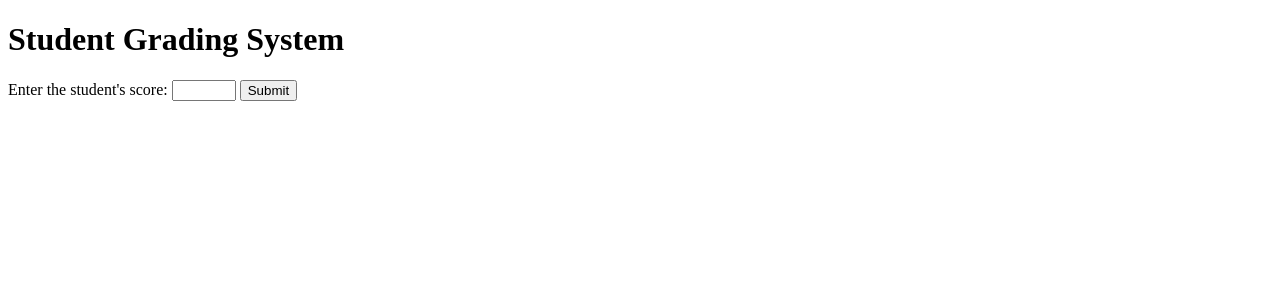
Repository: Alphosmart/grading
Page: assignment.html
The author's editor kept a copy of each file at every save. The page is drawn from the files as they stood at one save, then again after the next save.
The browser window is 1280 px wide. The pictures show the whole page.
Some web libraries are served in a nearby version.

Above is the page before, as saved 2024-06-14 14:01:28.

### assignment.html
<!DOCTYPE html>
<html lang="en">
  <head>
    <meta charset="UTF-8" />
    <meta name="viewport" content="width=device-width, initial-scale=1.0" />
    <title>Student Grading System</title>
  </head>
  <body>
    <h1>Student Grading System</h1>
    <label for="score">Enter the student's score:</label>
    <input type="number" id="score" min="0" max="100" />
    <button onclick="gradeStudent()">Submit</button>
    <p id="result"></p>

    <audio id="soundA" src="/Audio/Hand clapping.mp3"></audio>
    <audio id="soundB" src="/Audio/Learn a lesson.mp3"></audio>
    <audio id="soundC" src="/Audio/Shameful to accept.mp3"></audio>
    <audio id="soundD" src="/Audio/Pipelines.mp3"></audio>
    <audio
      id="soundF"
      src="/Audio/You will never make it African Football meme.mp3"
    ></audio>

    <script src="script.js"></script>
  </body>
</html>

### script.js
function gradeStudent() {
  const score = parseInt(document.getElementById("score").value);
  const resultElement = document.getElementById("result");
  let grade = "";
  let sound = "";
  if (score >= 90) {
    grade = "Excellent";
    sound = document.getElementById("soundA");
  } else if (score >= 80) {
    grade = "Very Good";
    sound = document.getElementById("soundB");
  } else if (score >= 70) {
    grade = "Credit";
    sound = document.getElementById("soundC");
  } else if (score >= 60) {
    grade = "Pass";
    sound = document.getElementById("soundD");
  } else {
    grade = "Fail";
    sound = document.getElementById("soundF");
  }
  resultElement.textContent = `Your overall result is ${grade}`;
  sound.play();
}

After the next save:
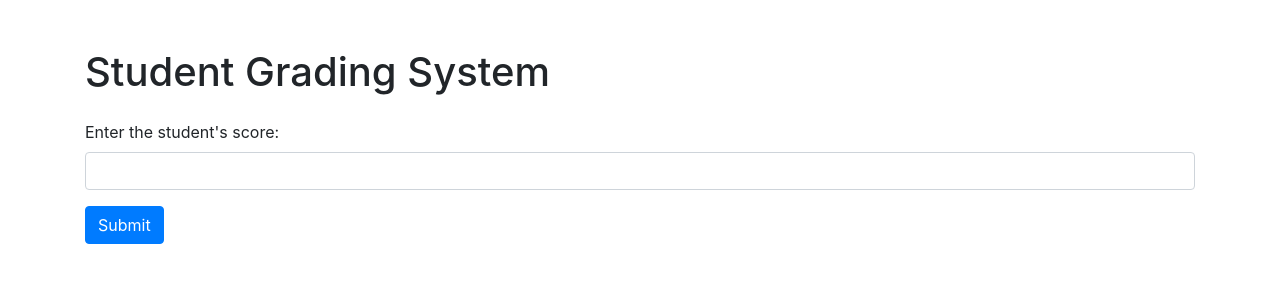
Saved 4 days later.
--- a/assignment.html
+++ b/assignment.html
@@ -4,13 +4,28 @@
     <meta charset="UTF-8" />
     <meta name="viewport" content="width=device-width, initial-scale=1.0" />
     <title>Student Grading System</title>
+    <!-- Bootstrap CSS CDN -->
+    <link
+      rel="stylesheet"
+      href="https://stackpath.bootstrapcdn.com/bootstrap/4.5.2/css/bootstrap.min.css"
+    />
   </head>
   <body>
-    <h1>Student Grading System</h1>
-    <label for="score">Enter the student's score:</label>
-    <input type="number" id="score" min="0" max="100" />
-    <button onclick="gradeStudent()">Submit</button>
-    <p id="result"></p>
+    <div class="container mt-5">
+      <h1 class="mb-4">Student Grading System</h1>
+      <div class="form-group">
+        <label for="score">Enter the student's score:</label>
+        <input
+          type="number"
+          class="form-control"
+          id="score"
+          min="0"
+          max="100"
+        />
+      </div>
+      <button onclick="gradeStudent()" class="btn btn-primary">Submit</button>
+      <p id="result" class="mt-3"></p>
+    </div>
 
     <audio id="soundA" src="/Audio/Hand clapping.mp3"></audio>
     <audio id="soundB" src="/Audio/Learn a lesson.mp3"></audio>
@@ -22,5 +37,9 @@
     ></audio>
 
     <script src="script.js"></script>
+    <!-- Bootstrap JS, Popper.js, and jQuery -->
+    <script src="https://code.jquery.com/jquery-3.5.1.slim.min.js"></script>
+    <script src="https://cdn.jsdelivr.net/npm/@popperjs/core@2.5.3/dist/umd/popper.min.js"></script>
+    <script src="https://stackpath.bootstrapcdn.com/bootstrap/4.5.2/js/bootstrap.min.js"></script>
   </body>
 </html>
